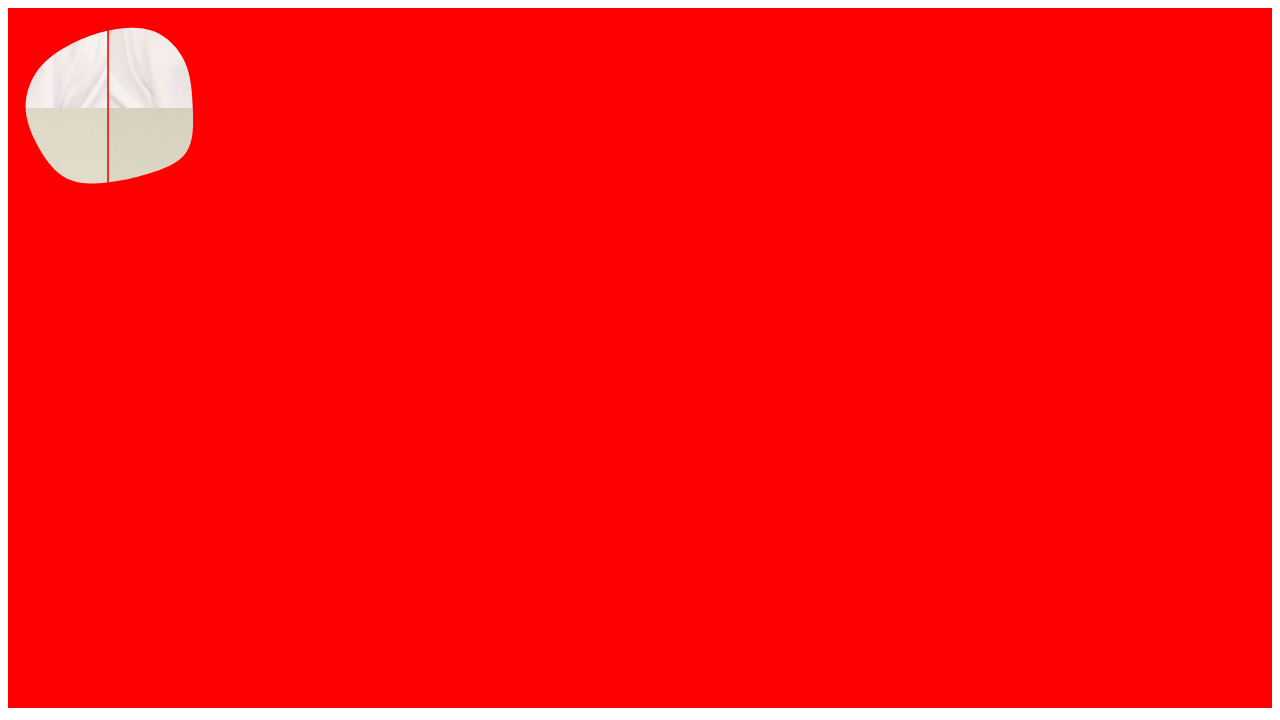
Repository: DNoel26/My_Dev_Portfolio
Page: index.html
The author's editor kept a copy of each file at every save. The page is drawn from the files as they stood at one save, then again after a run of saves.
The browser window is 1280 px wide. The pictures show the whole page.

Above is the page before, as saved 2021-01-23 03:35:20.

After the next 3 saves:
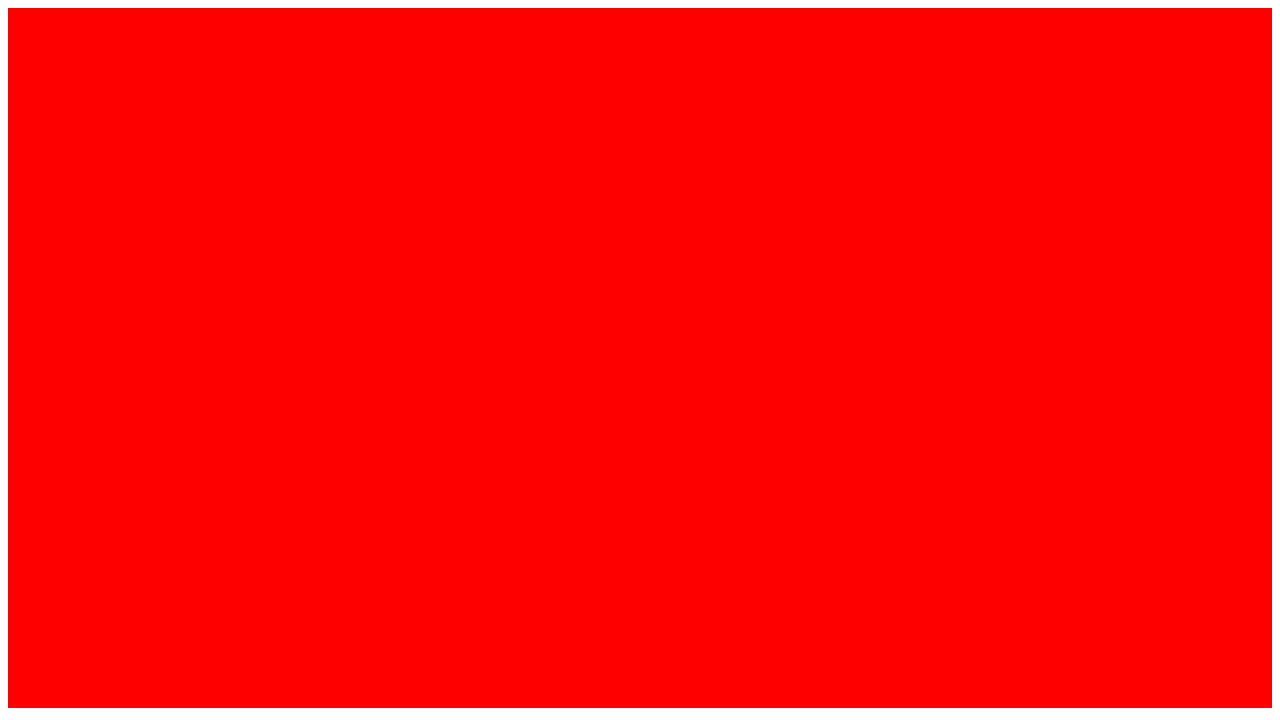
The 3 saves are shown as one change because they came seconds apart.
The last was saved 12 s later.
--- a/index.html
+++ b/index.html
@@ -11,8 +11,8 @@
         <div>
             <svg viewBox="0 0 200 200" xmlns="http://www.w3.org/2000/svg">
                 <defs>
-                    <pattern id="img1" patternUnits="userSpaceOnUse" width="500" height="500">
-                      <image href="/img/profile_pic.jpg" x="0" y="0" width="500" height="500" />
+                    <pattern id="img1" patternUnits="userSpaceOnUse" >
+                      <image href="/img/profile_pic.jpg"   />
                     </pattern>
                   </defs>
                 <path fill="url(#img1)" d="M45.8,-76.7C59.5,-71.3,70.9,-59.4,77.1,-45.6C83.2,-31.7,84.1,-15.8,84.8,0.4C85.4,16.6,85.9,33.2,78.2,44.4C70.5,55.6,54.6,61.4,40.2,65.7C25.9,70.1,12.9,72.9,-0.9,74.5C-14.7,76,-29.4,76.2,-41.2,70.4C-53,64.5,-61.8,52.7,-69.1,39.9C-76.3,27.2,-82,13.6,-82.4,-0.2C-82.7,-14,-77.7,-28,-69.4,-38.9C-61,-49.7,-49.4,-57.5,-37.2,-63.8C-25.1,-70,-12.6,-74.8,1.7,-77.8C16,-80.8,32,-82,45.8,-76.7Z" transform="translate(100 100)" />
